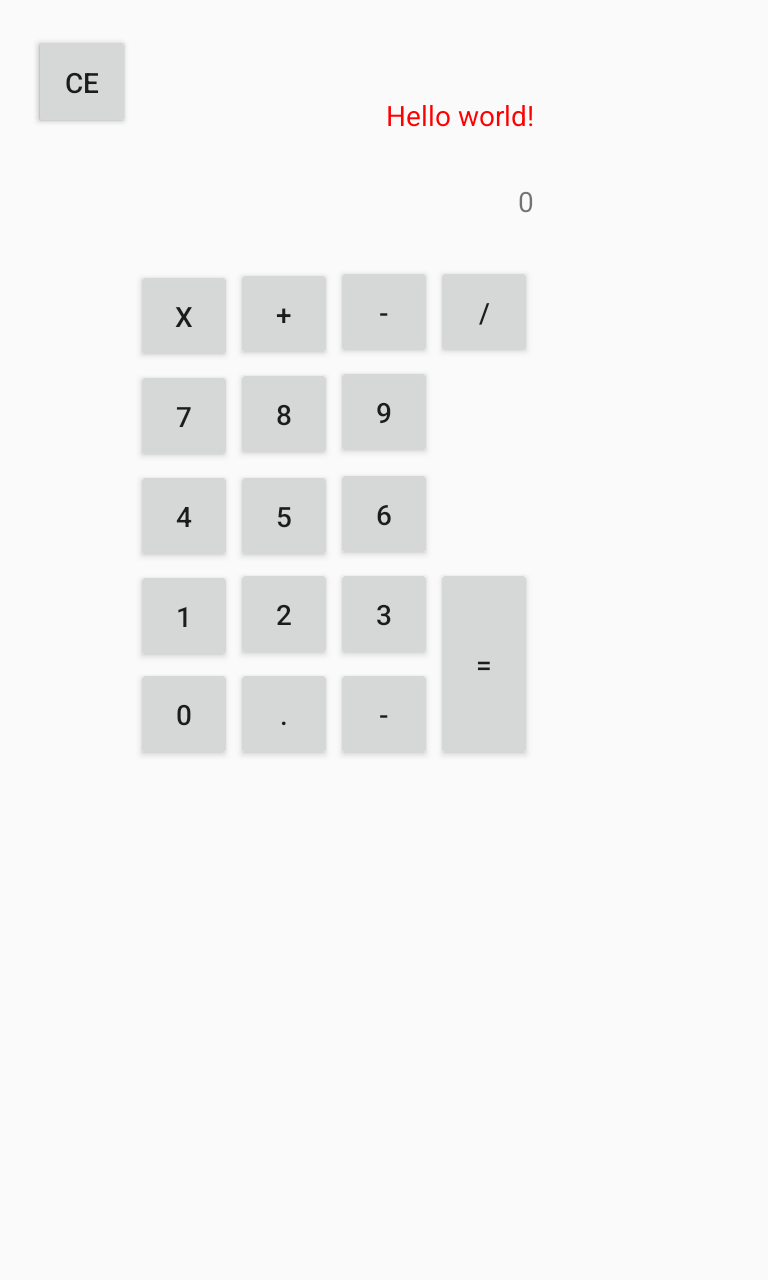
Repository: expensivecow/Calculator
Layout: Calculator_Implementation/res/layout/activity_main.xml
The author's editor kept a copy of each file at every save. The layout is drawn from the files as they stood at one save, then again after the next save.
It is drawn on a 768 x 1280 px phone screen (xhdpi) without system bars, with theme AppTheme; the app's code is not run.

Above is the layout before, as saved 2014-09-21 02:02:15.

### Calculator_Implementation/res/layout/activity_main.xml
<RelativeLayout xmlns:android="http://schemas.android.com/apk/res/android"
    xmlns:tools="http://schemas.android.com/tools"
    android:layout_width="match_parent"
    android:layout_height="match_parent"
    android:paddingBottom="@dimen/activity_vertical_margin"
    android:paddingLeft="@dimen/activity_horizontal_margin"
    android:paddingRight="@dimen/activity_horizontal_margin"
    android:paddingTop="@dimen/activity_vertical_margin"
    tools:context="com.example.calculator_implementation.MainActivity" >

    <TextView
        android:id="@+id/DisplayResult"
        android:layout_alignParentTop="true"
        android:layout_alignRight="@+id/bDiv"
        android:layout_marginTop="75dp"
        android:layout_width="wrap_content"
        android:layout_height="wrap_content"
        android:text="@string/initialvalue" />

    <Button
        android:id="@+id/bDiv"
        android:layout_width="50dp"
        android:layout_height="50dp"
        android:layout_alignTop="@+id/bSub"
        android:layout_toRightOf="@+id/bSub"
        android:text="@string/divoperator"
        />

    <Button
        android:id="@+id/bAdd"
        android:layout_width="50dp"
        android:layout_height="50dp"
        android:layout_alignBaseline="@+id/bSub"
        android:layout_alignBottom="@+id/bSub"
        android:layout_toLeftOf="@+id/bSub"
        android:text="@string/addoperator"
        />

    <Button
        android:id="@+id/bSub"
        android:layout_width="50dp"
        android:layout_height="50dp"
        android:layout_below="@+id/DisplayResult"
        android:layout_centerHorizontal="true"
        android:layout_marginTop="21dp"
        android:text="@string/suboperator"
        />

    <Button
        android:id="@+id/bMul"
        android:layout_width="50dp"
        android:layout_height="50dp"
        android:layout_alignBaseline="@+id/bAdd"
        android:layout_alignBottom="@+id/bAdd"
        android:layout_toLeftOf="@+id/bAdd"
        android:text="@string/muloperator" />

    <Button
        android:id="@+id/bEight"
        android:layout_width="50dp"
        android:layout_height="50dp"
        android:layout_below="@+id/bAdd"
        android:layout_toLeftOf="@+id/bSub"
        android:text="@string/eight" />

    <Button
        android:id="@+id/bNine"
        android:layout_width="50dp"
        android:layout_height="50dp"
        android:layout_below="@+id/bDiv"
        android:layout_toLeftOf="@+id/bDiv"
        android:text="@string/nine" />

    <Button
        android:id="@+id/bSeven"
        android:layout_width="50dp"
        android:layout_height="50dp"
        android:layout_alignLeft="@+id/bMul"
        android:layout_below="@+id/bMul"
        android:text="@string/seven" />

    <Button
        android:id="@+id/bSix"
        android:layout_width="50dp"
        android:layout_height="50dp"
        android:layout_below="@+id/bEight"
        android:layout_toRightOf="@+id/bEight"
        android:text="@string/six" />

    <Button
        android:id="@+id/bFive"
        android:layout_width="50dp"
        android:layout_height="50dp"
        android:layout_alignBaseline="@+id/bSix"
        android:layout_alignBottom="@+id/bSix"
        android:layout_toRightOf="@+id/bSeven"
        android:text="@string/five" />

    <Button
        android:id="@+id/bFour"
        android:layout_width="50dp"
        android:layout_height="50dp"
        android:layout_alignLeft="@+id/bSeven"
        android:layout_below="@+id/bSeven"
        android:text="@string/four" />

    <Button
        android:id="@+id/bTwo"
        android:layout_width="50dp"
        android:layout_height="50dp"
        android:layout_below="@+id/bSix"
        android:layout_toLeftOf="@+id/bSix"
        android:text="@string/two" />

    <Button
        android:id="@+id/bZero"
        android:layout_width="50dp"
        android:layout_height="50dp"
        android:layout_alignLeft="@+id/bFour"
        android:layout_below="@+id/bTwo"
        android:layout_toLeftOf="@+id/bTwo"
        android:text="@string/zero" />

    <Button
        android:id="@+id/bThree"
        android:layout_width="50dp"
        android:layout_height="50dp"
        android:layout_above="@+id/bZero"
        android:layout_toLeftOf="@+id/bDiv"
        android:text="@string/three" />

    <Button
        android:id="@+id/bOne"
        android:layout_width="50dp"
        android:layout_height="50dp"
        android:layout_below="@+id/bFive"
        android:layout_toLeftOf="@+id/bFive"
        android:text="@string/one" />

    <Button
        android:id="@+id/bEqual"
        android:layout_width="50dp"
        android:layout_height="50dp"
        android:layout_alignBottom="@+id/bDecimal"
        android:layout_alignLeft="@+id/bDiv"
        android:layout_below="@+id/bSix"
        android:text="@string/equal" />

    <TextView
        android:id="@+id/DisplayArray"
        android:layout_width="wrap_content"
        android:layout_height="wrap_content"
        android:layout_alignParentTop="true"
        android:layout_alignRight="@+id/DisplayResult"
        android:layout_marginTop="32dp"
        android:text="@string/hello_world"
        android:textColor="#FF0000" />

    <Button
        android:id="@+id/bDecimal"
        android:layout_width="50dp"
        android:layout_height="50dp"
        android:layout_below="@+id/bTwo"
        android:layout_toLeftOf="@+id/bThree"
        android:text="@string/decimal" />

    <Button
        android:id="@+id/bNegative"
        android:layout_width="50dp"
        android:layout_height="50dp"
        android:layout_below="@+id/bThree"
        android:layout_toLeftOf="@+id/bEqual"
        android:text="@string/negative" />

    <Button
        android:id="@+id/bDel"
        android:layout_width="50dp"
        android:layout_height="50dp"
        android:text="@string/delete" />

    <Button
        android:id="@+id/bClear"
        android:layout_width="50dp"
        android:layout_height="50dp"
        android:text="@string/clear" />

</RelativeLayout>

### Calculator_Implementation/res/values/strings.xml
<?xml version="1.0" encoding="utf-8"?>
<resources>

    <string name="app_name">Calculator_Implementation</string>
    <string name="hello_world">Hello world!</string>
    <string name="action_settings">Settings</string>
    <string name="addoperator">+</string>
    <string name="suboperator">-</string>
    <string name="muloperator">x</string>
    <string name="divoperator">/</string>
    <string name="initialvalue">0</string>
    <string name="one">1</string>
    <string name="two">2</string>
    <string name="three">3</string>
    <string name="four">4</string>
    <string name="five">5</string>
    <string name="six">6</string>
    <string name="seven">7</string>
    <string name="eight">8</string>
    <string name="nine">9</string>
    <string name="decimal">.</string><string name="zero">0</string>

    <string name="negative">-</string>
    <string name="equal">=</string>
    <string name="delete">DEL</string>
    <string name="clear">CE</string>

</resources>

Loaded but not shown: Calculator_Implementation/res/values/styles.xml (common file); Calculator_Implementation/res/values-v11/styles.xml (common file); Calculator_Implementation/res/values-v14/styles.xml (common file); Calculator_Implementation/res/values/dimens.xml (common file); Calculator_Implementation/res/values-w820dp/dimens.xml (common file)

After the next save:
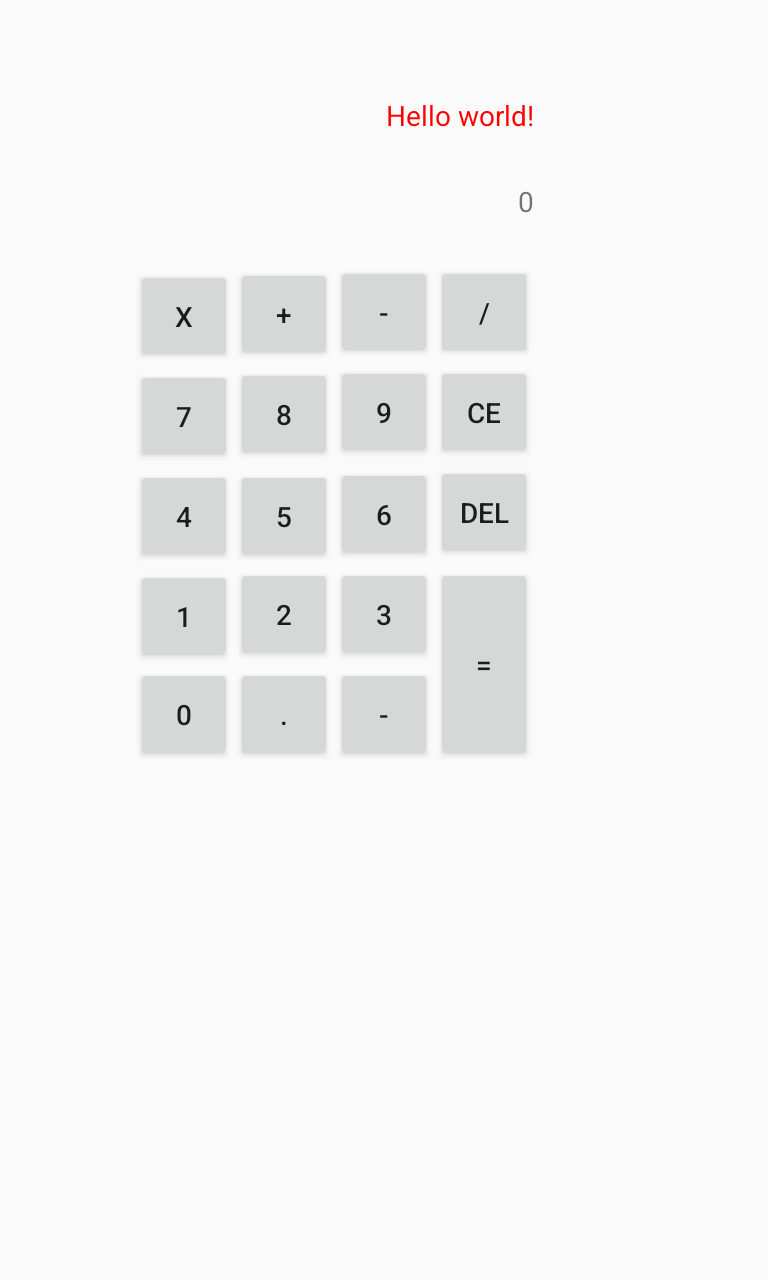
Saved 74 s later.
--- a/Calculator_Implementation/res/layout/activity_main.xml
+++ b/Calculator_Implementation/res/layout/activity_main.xml
@@ -173,15 +173,21 @@
         android:text="@string/negative" />
 
     <Button
-        android:id="@+id/bDel"
+        android:id="@+id/bClear"
+        android:text="10dp"
         android:layout_width="50dp"
         android:layout_height="50dp"
+        android:layout_alignLeft="@+id/bDiv"
+        android:layout_below="@+id/bDiv"
+        android:text="@string/clear" />
+
+    <Button
+        android:id="@+id/bDel"
+        android:text="10dp"
+        android:layout_width="50dp"
+        android:layout_height="50dp"
+        android:layout_alignLeft="@+id/bClear"
+        android:layout_below="@+id/bClear"
         android:text="@string/delete" />
 
-    <Button
-        android:id="@+id/bClear"
-        android:layout_width="50dp"
-        android:layout_height="50dp"
-        android:text="@string/clear" />
-
 </RelativeLayout>
